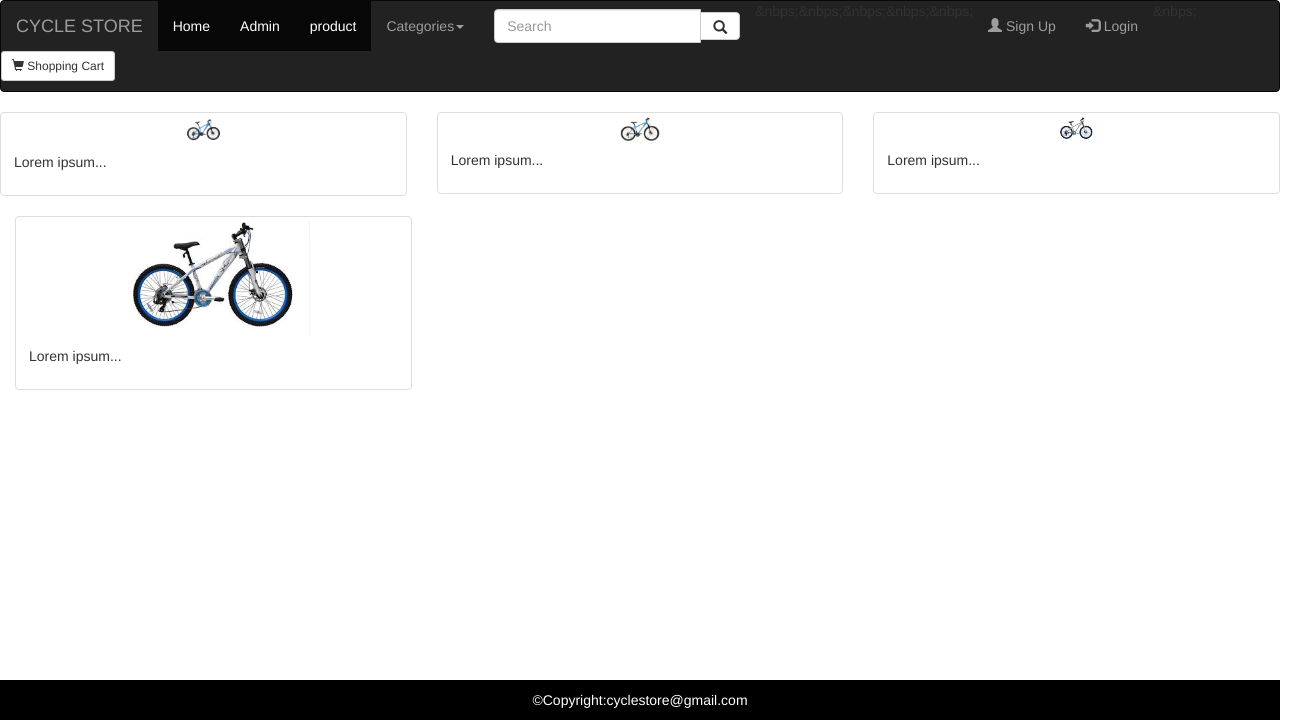
Repository: SumiyaSulaiman/project1
Page: http://localhost/cycle/baby.jsp
These files come from the project's save history. The page is drawn as it stood at one moment and after the next save; the edit follows.
The browser window is 1280 px wide. The page is 1295 px wide, so the pictures cover 1295 px, including what lies to the right of the window. The pictures show the whole page.
Some web libraries are served in a nearby version. The page is served by Tomcat 9. Nobody is signed in. The application's start-up code is not run.

Above is the page before, as saved 2017-12-21 07:37:13.

After the next save:
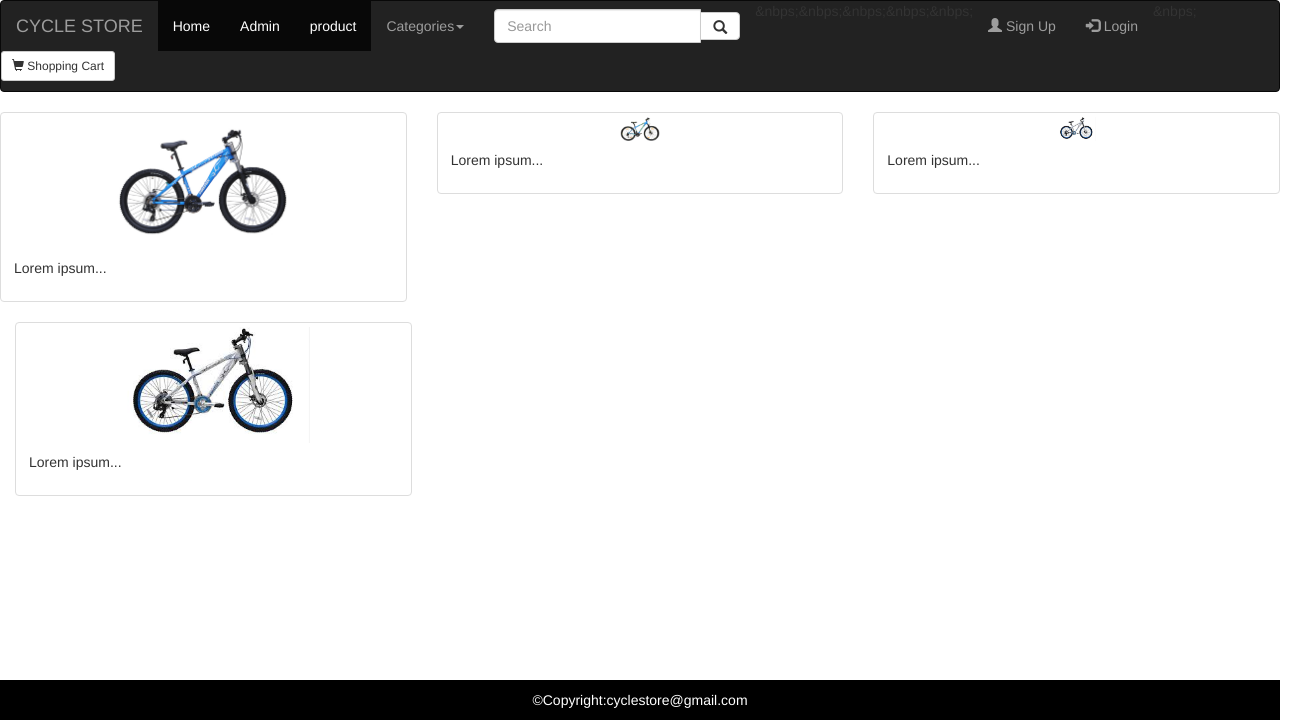
Saved 59 s later.
--- a/project/cycle/src/main/webapp/baby.jsp
+++ b/project/cycle/src/main/webapp/baby.jsp
@@ -12,9 +12,9 @@
 
 <div class="row">
   <div class="col-md-4">
-    <div class="thumbnail" style="width=10%;height=10%;">
+    <div class="thumbnail" style="width=50%;height=10%;">
       <a href="./resources/cycle10.jpg">
-        <img src="./resources/cycle10.jpg" style="width:10%;">
+        <img src="./resources/cycle10.jpg" style="width:50%;">
         <div class="caption">
           <p>Lorem ipsum...</p>
         </div>
@@ -22,7 +22,7 @@
     </div>
   </div>
   <div class="col-md-4">
-    <div class="thumbnail" style="width=10%;height=10%;">
+    <div class="thumbnail" style="width=50%;height=10%;">
       <a href="./resources/cycle6.jpg">
         <img src="./resources/1.jpg" style="width:10%">
         <div class="caption">
@@ -32,7 +32,7 @@
     </div>
   </div>
   <div class="col-md-4">
-    <div class="thumbnail" style="width=10%;height=10%;">
+    <div class="thumbnail" style="width=50%;height=10%;">
       <a href="./resources/cycle7.jpg">
         <img src="./resources/cycle7.jpg"style="width:10%">
         <div class="caption">
@@ -43,7 +43,7 @@
   </div>
 </div>
 <div class="col-md-4">
-    <div class="thumbnail">
+    <div class="thumbnail"style="width=50%;height=10%;">
       <a href="./resources/cycle7.jpg">
         <img src="./resources/cycle7.jpg"style="width:50%">
         <div class="caption">
